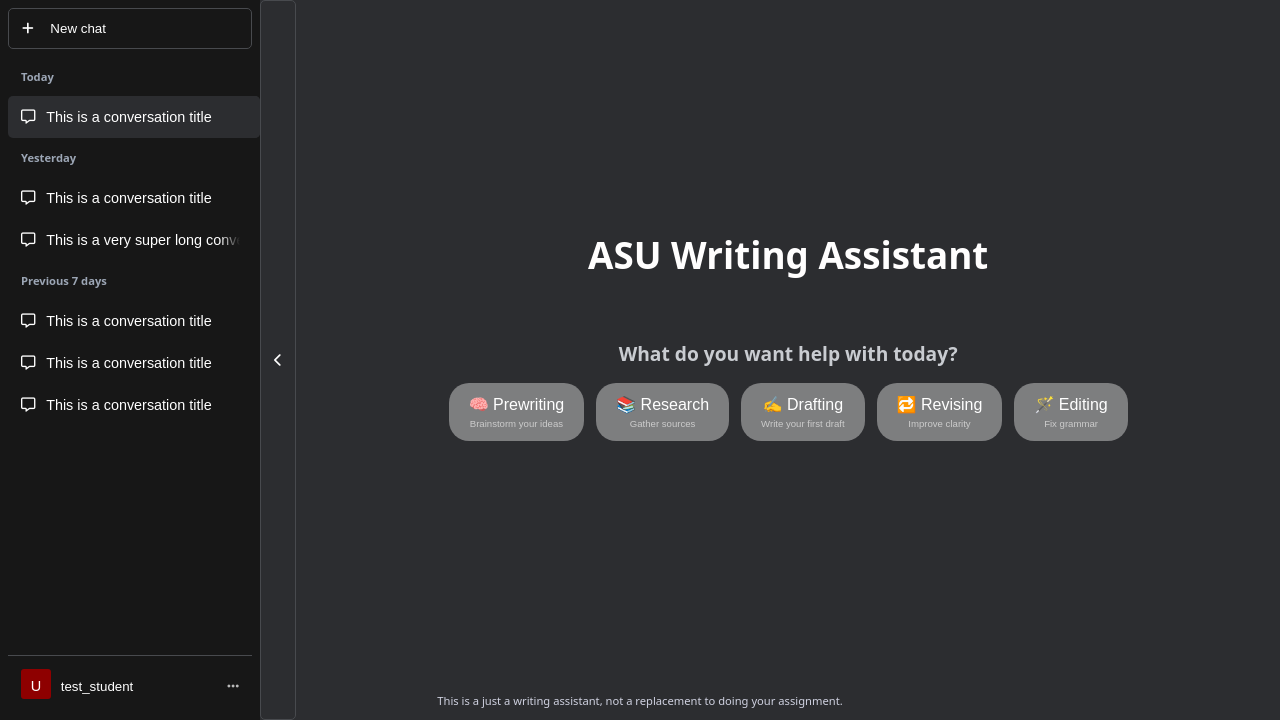
Repository: nysajain/asu-ai-writing-assistant
Page: frontend/index.html
The author's editor kept a copy of each file at every save. The page is drawn from the files as they stood at one save, then again after a run of saves.
The browser window is 1280 px wide. The pictures show the whole page.

Above is the page before, as saved 2025-04-21 15:49:27.
Console error: SyntaxError: Invalid or unexpected token

After the next 3 saves:
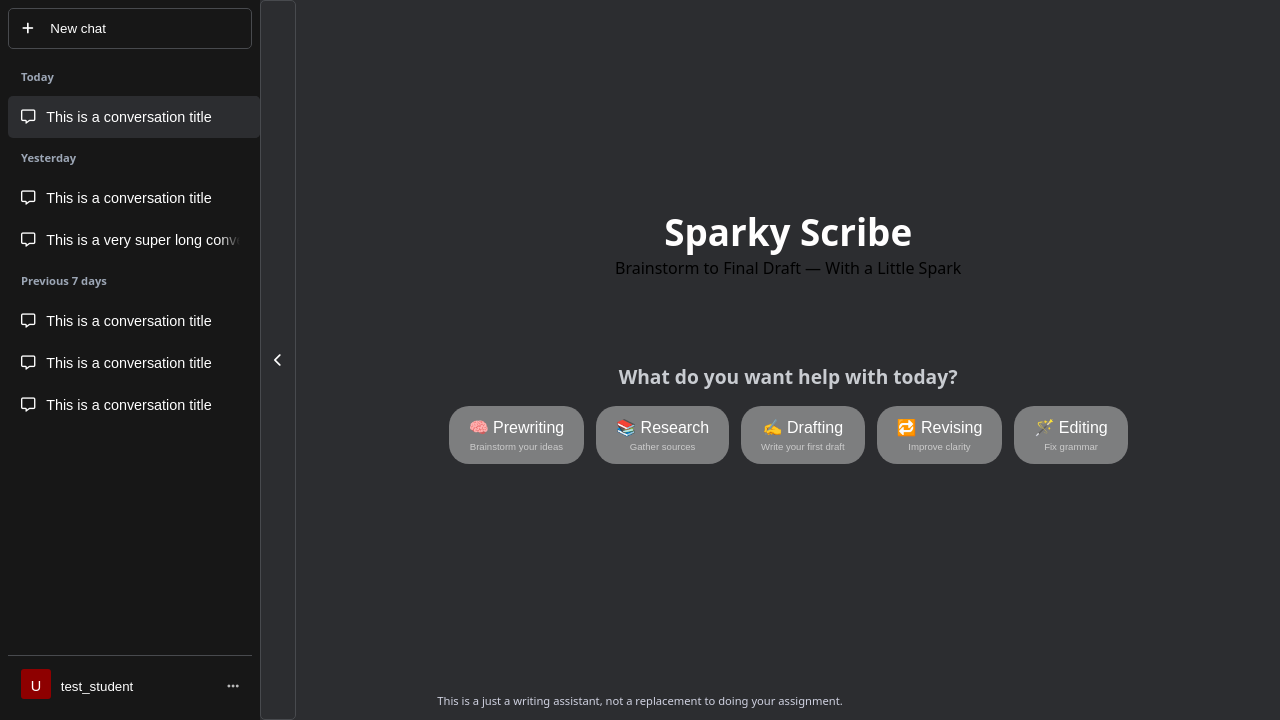
The 3 saves are shown as one change because they came seconds apart.
The last was saved 14 s later.
--- a/frontend/index.html
+++ b/frontend/index.html
@@ -96,7 +96,8 @@
 
     <main>
         <div class="view new-chat-view">
-            <div class="logo">ASU Writing Assistant</div>
+            <div class="logo">Sparky Scribe</div>
+            <p>Brainstorm to Final Draft — With a Little Spark</p>
             <div class="step-selection">
                 <p>What do you want help with today?</p>
                 <div class="step-buttons">
